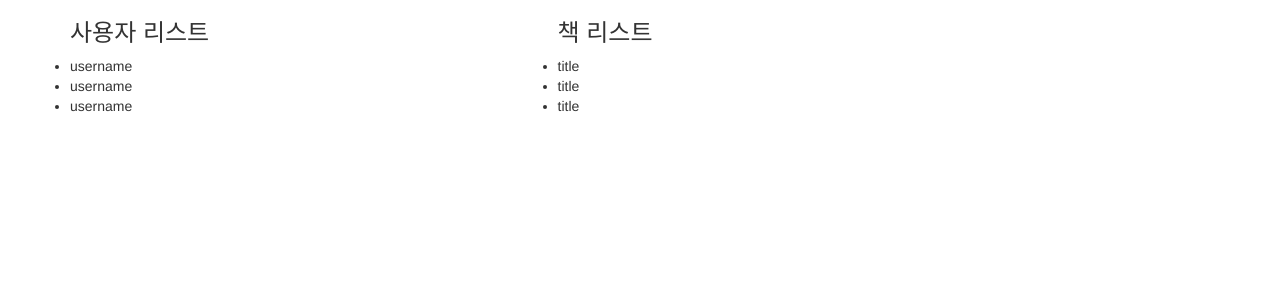
Repository: 92Hjun/spring
Page: demo2/WebContent/demo6.html
The author's editor kept a copy of each file at every save. The page is drawn from the files as they stood at one save, then again after the next save.
The browser window is 1280 px wide. The pictures show the whole page.

Above is the page before, as saved 2017-04-27 01:01:28.

After the next save:
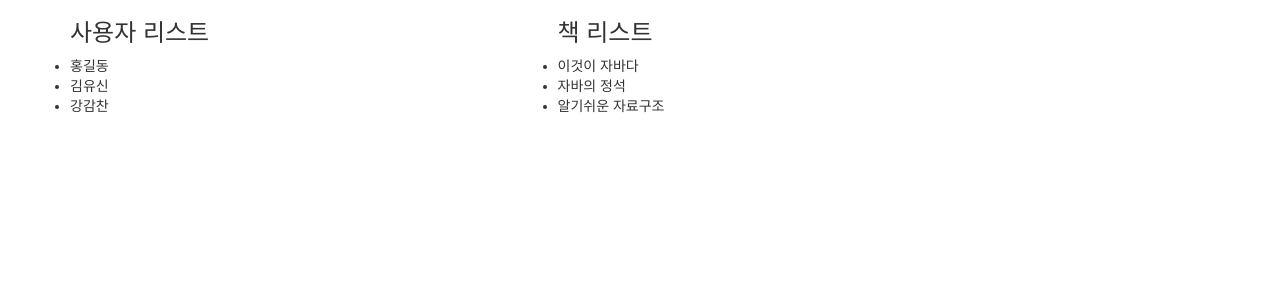
Saved 23 s later.
--- a/demo2/WebContent/directives/my.js
+++ b/demo2/WebContent/directives/my.js
@@ -17,7 +17,7 @@ other.directive('itemList', function(){
 			var html = "<ul class='list-group'>";
 			data.forEach(function(item, index){
 				var text = item[dataValue];
-				html += "<li class='list-item'>" + dataValue + "</li>"
+				html += "<li class='list-item'>" + text + "</li>"
 			});
 			html += "</ul>";
 
